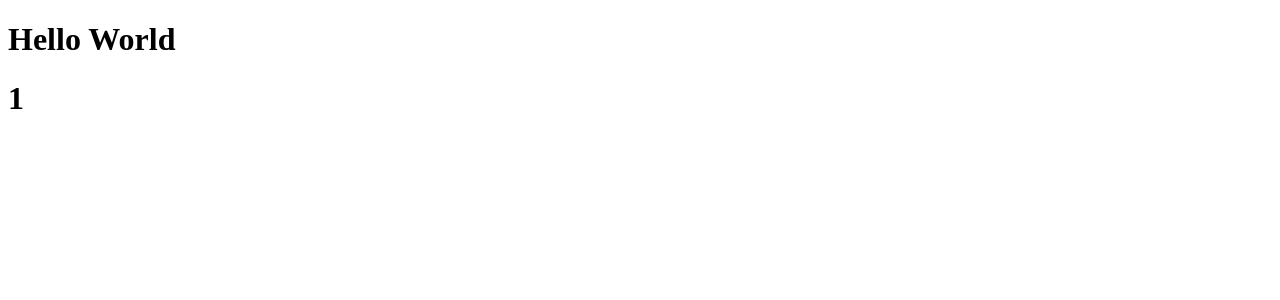
Repository: satyensingh/servlet-jsp-demos
Page: http://localhost/JspElementsDemo/
An editor plug-in stored every save of this project. The page is shown before and after the next save, followed by the edit.
The browser window is 1280 px wide. The pictures show the whole page.
The page is served by Tomcat 9.

Above is the page before, as saved 2018-01-28 14:26:00.

After the next save:
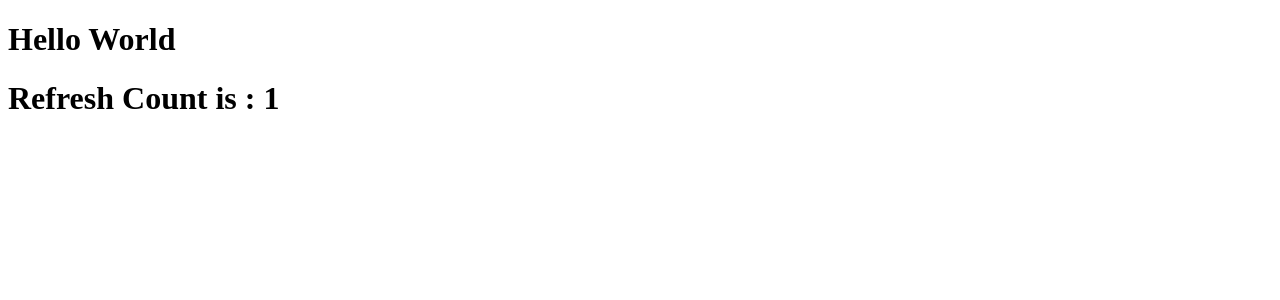
Saved 8 s later.
--- a/Day11/JspElementsDemo/WebContent/index.jsp
+++ b/Day11/JspElementsDemo/WebContent/index.jsp
@@ -14,7 +14,7 @@
 
 <% int count = counter.getCount(); %>
 
-<h1><%=count %></h1>
+<h1>Refresh Count is : <%=count %></h1>
 
 </body>
 </html>
